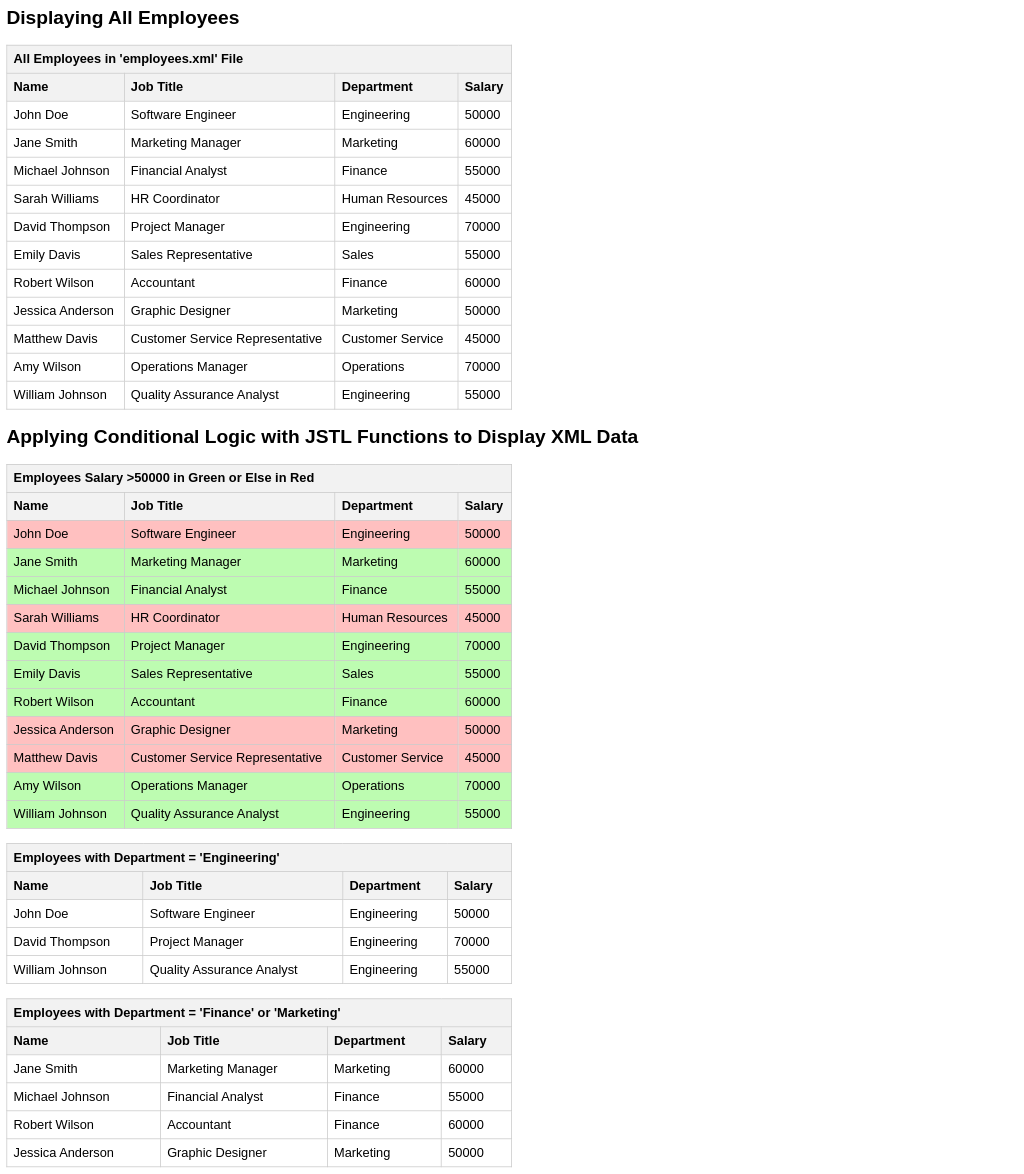
Repository: bkyncl/csd-430
Page: http://localhost/kyncl_mod9/
An editor plug-in stored every save of this project. The page is shown before and after the next save, followed by the edit.
The browser window is 1280 px wide. The pictures show the whole page, at 80% of full size.
The page is served by Tomcat 9.

Above is the page before, as saved 2023-07-05 06:31:10.

### kyncl_mod9/src/main/webapp/index.jsp
<%--
index.jsp
Module 9 assignment
Name: Brittany Kyncl
Date: 7.5.22
Course: CSD430
File to example the usage the usage of JSTL and XPath to parse XML data,
iterate over XML elements, apply conditional logic, and display the data in with customized styling.
Context purpose is to parse the XML file 'employees.xml' containing
employees data, and display it in tabular format. The file incorporates JSTL tags and functions
to manipulate the XML data and apply conditional logic for displaying the data based on various criteria.

--%>
<%@ page language="java" contentType="text/html; charset=ISO-8859-1" pageEncoding="ISO-8859-1"%>
<%@taglib uri="http://java.sun.com/jsp/jstl/core" prefix="c"%>
<%@taglib uri="http://java.sun.com/jsp/jstl/xml" prefix="x"%>
<html>
<head>
	<title>Parsing employees.xml</title>
	<link rel="stylesheet" type="text/css" href="styles.css">
</head>
<body>
	<c:import url="employees.xml" var="employeeData"/>
	<x:parse doc="${employeeData}" var="dom"/>

	<h2>Displaying All Employees</h2>
	<table border="1">
		<tr>
			<th colspan="4">All Employees in 'employees.xml' File</th>
		</tr>
		<tr>
			 <th>Name</th>
			 <th>Job Title</th>
			 <th>Department</th>
			 <th>Salary</th>
		</tr>
		<x:forEach var="employee" select="$dom/employees/employee">
		<%-- Displaying the details of each employee --%>
		<tr>
		  	<td><x:out select="$employee/name"/></td>
			<td><x:out select="$employee/jobTitle"/></td>
			<td><x:out select="$employee/department"/></td>
			<td><x:out select="$employee/salary"/></td>

		</x:forEach>
	</table>

	<h2>Applying Conditional Logic with JSTL Functions to Display XML Data</h2>
	<table border="1">
	    <tr>
	        <th colspan="4">Employees Salary >50000 in Green or Else in Red</th>
	    </tr>
	    <tr>
	        <th>Name</th>
	        <th>Job Title</th>
	        <th>Department</th>
	        <th>Salary</th>
	    </tr>
	    <x:forEach var="employee" select="$dom/employees/employee">
	        <x:choose>
	        	<%-- Applying styling to employees with salary > 50000 --%>
	            <x:when select="$employee/salary>50000">
	                <tr style="background-color: #BDFCB1;">
	                    <td><x:out select="$employee/name"/></td>
	                    <td><x:out select="$employee/jobTitle"/></td>
	                    <td><x:out select="$employee/department"/></td>
	                    <td><x:out select="$employee/salary"/></td>
	                </tr>
	            </x:when>
	            <%-- Applying styling to employees with salary <= 50000 --%>
	            <x:when select="$employee/salary<=50000">
	                <tr style="background-color: #FFC0C0;">
	                    <td><x:out select="$employee/name"/></td>
	                    <td><x:out select="$employee/jobTitle"/></td>
	                    <td><x:out select="$employee/department"/></td>
	                    <td><x:out select="$employee/salary"/></td>
	                </tr>
	            </x:when>
	            <%-- Displaying employees without any styling for otherwise clause (just in case conditions not met) --%>
	            <x:otherwise>
	                <tr>
	                    <td><x:out select="$employee/name"/></td>
	                    <td><x:out select="$employee/jobTitle"/></td>
	                    <td><x:out select="$employee/department"/></td>
	                    <td><x:out select="$employee/salary"/></td>
	                </tr>
	            </x:otherwise>
	        </x:choose>
	    </x:forEach>
	</table>
    <br>
    <table border="1">
	    <tr>
	        <th colspan="4">Employees with Department = 'Engineering'</th>
	    </tr>
	    <tr>
	        <th>Name</th>
	        <th>Job Title</th>
	        <th>Department</th>
	        <th>Salary</th>
	    </tr>
	    <x:forEach var="employee" select="$dom/employees/employee">
	        <x:choose>
	        	<%-- Filtering and displaying employees with the department value 'Engineering' --%>
	            <x:when select="$employee/department='Engineering'">
	                <tr>
	                    <td><x:out select="$employee/name"/></td>
	                    <td><x:out select="$employee/jobTitle"/></td>
	                    <td><x:out select="$employee/department"/></td>
	                    <td><x:out select="$employee/salary"/></td>
	                </tr>
	            </x:when>
	        </x:choose>
	    </x:forEach>
	</table>
	<br>
	<table border="1">
	    <tr>
	        <th colspan="4">Employees with Department = 'Finance' or 'Marketing'</th>
	    </tr>
	    <tr>
	        <th>Name</th>
	        <th>Job Title</th>
	        <th>Department</th>
	        <th>Salary</th>
	    </tr>
	    <x:forEach var="employee" select="$dom/employees/employee">
	        <x:choose>
	        	<%-- Filtering and displaying employees with the department values 'Finance' or 'Marketing' --%>
	            <x:when select="$employee/department='Finance' or $employee/department='Marketing'">
	                <tr>
	                    <td><x:out select="$employee/name"/></td>
	                    <td><x:out select="$employee/jobTitle"/></td>
	                    <td><x:out select="$employee/department"/></td>
	                    <td><x:out select="$employee/salary"/></td>
	                </tr>
	            </x:when>
	        </x:choose>
	    </x:forEach>
	</table>
</body>
</html>

### kyncl_mod9/src/main/webapp/employees.xml
<?xml version="1.0" encoding="UTF-8"?>
<employees>
  <employee>
    <name>John Doe</name>
    <jobTitle>Software Engineer</jobTitle>
    <department>Engineering</department>
    <salary>50000</salary>
  </employee>
  <employee>
    <name>Jane Smith</name>
    <jobTitle>Marketing Manager</jobTitle>
    <department>Marketing</department>
    <salary>60000</salary>
  </employee>
  <employee>
    <name>Michael Johnson</name>
    <jobTitle>Financial Analyst</jobTitle>
    <department>Finance</department>
    <salary>55000</salary>
  </employee>
  <employee>
    <name>Sarah Williams</name>
    <jobTitle>HR Coordinator</jobTitle>
    <department>Human Resources</department>
    <salary>45000</salary>
  </employee>
  <employee>
    <name>David Thompson</name>
    <jobTitle>Project Manager</jobTitle>
    <department>Engineering</department>
    <salary>70000</salary>
  </employee>
  <employee>
    <name>Emily Davis</name>
    <jobTitle>Sales Representative</jobTitle>
    <department>Sales</department>
    <salary>55000</salary>
  </employee>
  <employee>
    <name>Robert Wilson</name>
    <jobTitle>Accountant</jobTitle>
    <department>Finance</department>
    <salary>60000</salary>
  </employee>
  <employee>
    <name>Jessica Anderson</name>
    <jobTitle>Graphic Designer</jobTitle>
    <department>Marketing</department>
    <salary>50000</salary>
  </employee>
  <employee>
    <name>Matthew Davis</name>
    <jobTitle>Customer Service Representative</jobTitle>
    <department>Customer Service</department>
    <salary>45000</salary>
  </employee>
  <employee>
    <name>Amy Wilson</name>
    <jobTitle>Operations Manager</jobTitle>
    <department>Operations</department>
    <salary>70000</salary>
  </employee>
  <employee>
    <name>William Johnson</name>
    <jobTitle>Quality Assurance Analyst</jobTitle>
    <department>Engineering</department>
    <salary>55000</salary>
  </employee>
</employees>

### kyncl_mod9/src/main/webapp/styles.css
/* Table styles */
body {
  font-family: Arial, sans-serif;
}
table {
  width: 50%;
  border-collapse: collapse;
}

table th, table td {
  padding: 8px;
  text-align: left;
  border: 1px solid #ccc;
}

table th {
  background-color: #f2f2f2;
}

After the next save:
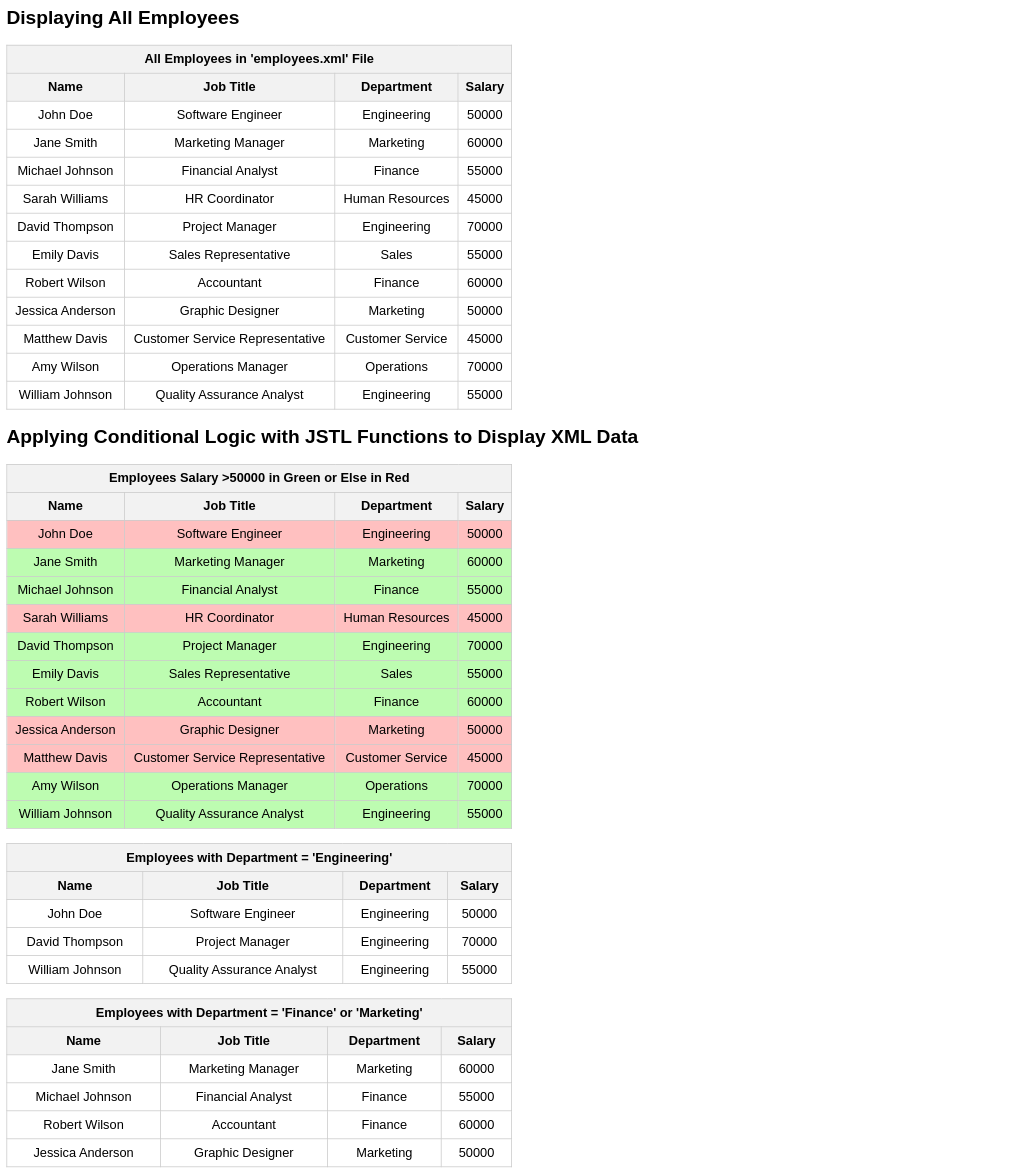
Saved 2 min 31 s later.
--- a/kyncl_mod9/src/main/webapp/styles.css
+++ b/kyncl_mod9/src/main/webapp/styles.css
@@ -9,7 +9,7 @@ table {
 
 table th, table td {
   padding: 8px;
-  text-align: left;
+  text-align: center;
   border: 1px solid #ccc;
 }
 
